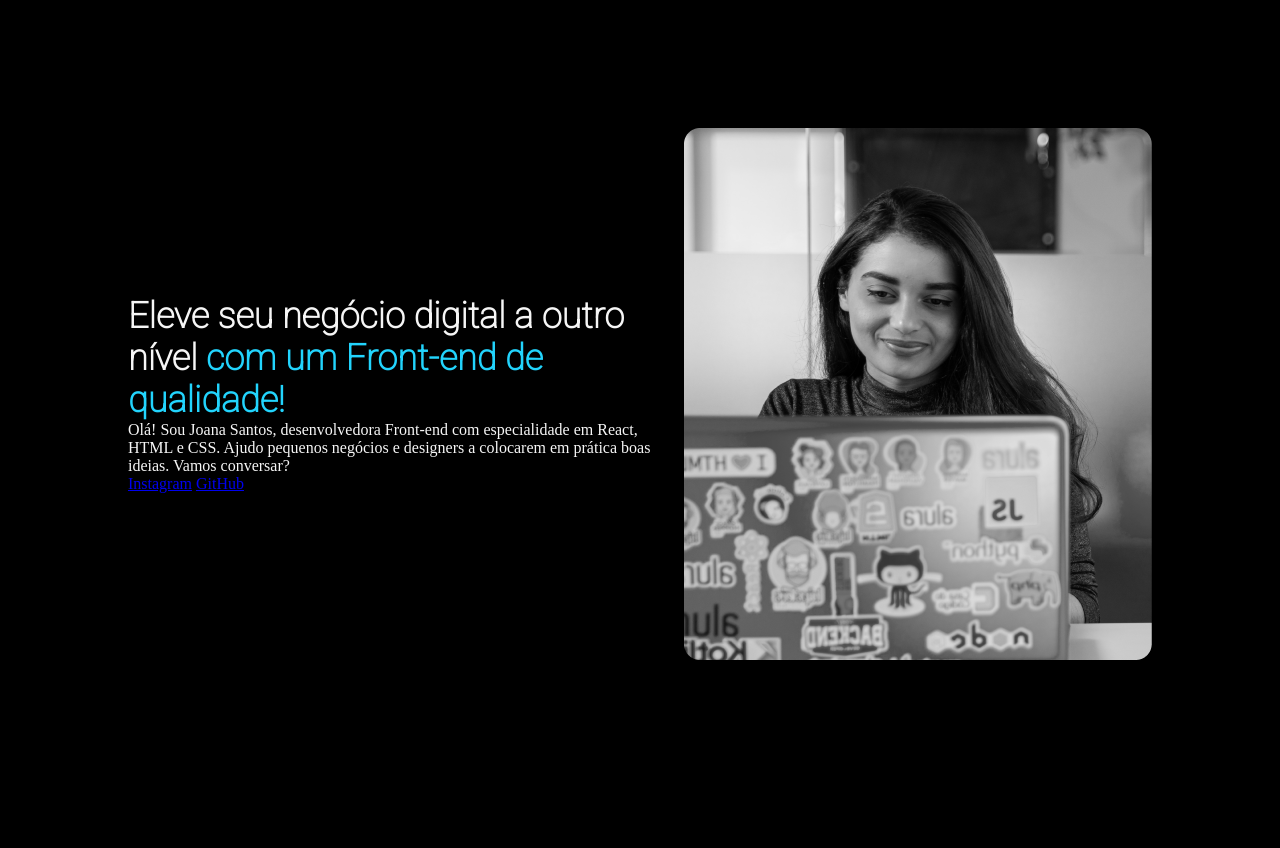
Repository: YoungAkira/CursoHtmlCss
Page: index.html
An editor plug-in stored every save of this project. The page is shown before and after the next save, followed by the edit.
The browser window is 1280 px wide. The pictures show the whole page.

Above is the page before, as saved 2023-05-13 11:40:04.

### index.html
<!DOCTYPE html>
<html lang="pt-br">
<head>
    <meta charset="UTF-8">
    <meta http-equiv="X-UA-Compatible" content="IE=edge">
    <meta name="viewport" content="width=device-width, initial-scale=1.0">
    <title>Portfolio</title>
    <link rel="stylesheet" href="style.css">
</head>
<body>
    <header></header>
    <main class="apresentacao">
            <section class="apresentacao_conteudo">
                 <h1 class="apresentacao_conteudo_titulo">Eleve seu
                    negócio digital a outro nível <strong
                    class="titulo-destaque">com um Front-end de qualidade!</strong></h1>

                    <p class="apresentacao_conteudo_texto">Olá! Sou Joana Santos, desenvolvedora Front-end com especialidade em React,
                    HTML e CSS. Ajudo pequenos negócios e designers a colocarem em prática boas
                    ideias. Vamos conversar?</p>


                    <a href="instagram.com">Instagram</a>
                    <a href="facebook.com">GitHub</a>
            </section>
                    <img src="imagem.png" alt="Foto Joana Santos programando">
    </main>


    <footer></footer>


</body>
</html>

### style.css
@import url('https://fonts.googleapis.com/css2?family=Roboto:wght@100&display=swap');

*{
    margin: 0;
    padding: 0;
}


body {
    background-color: black;
    box-sizing: border-box;
    color: #F6F6F6;
    height: 100vh;
}


.titulo-destaque {
    color: #22D4FD;
}


.apresentacao{
    display: flex;
    align-items: center;
    justify-content: space-between;
    margin: 10%;
}


.apresentacao_conteudo{
    width: 615px;
}


.apresentacao_conteudo_titulo{
    font-size: 36px;
    font-family: 'Krona One','Roboto', sans-serif;
}


apresentacao_conteudo_texto{
    font-size: 24px;
}

After the next save:
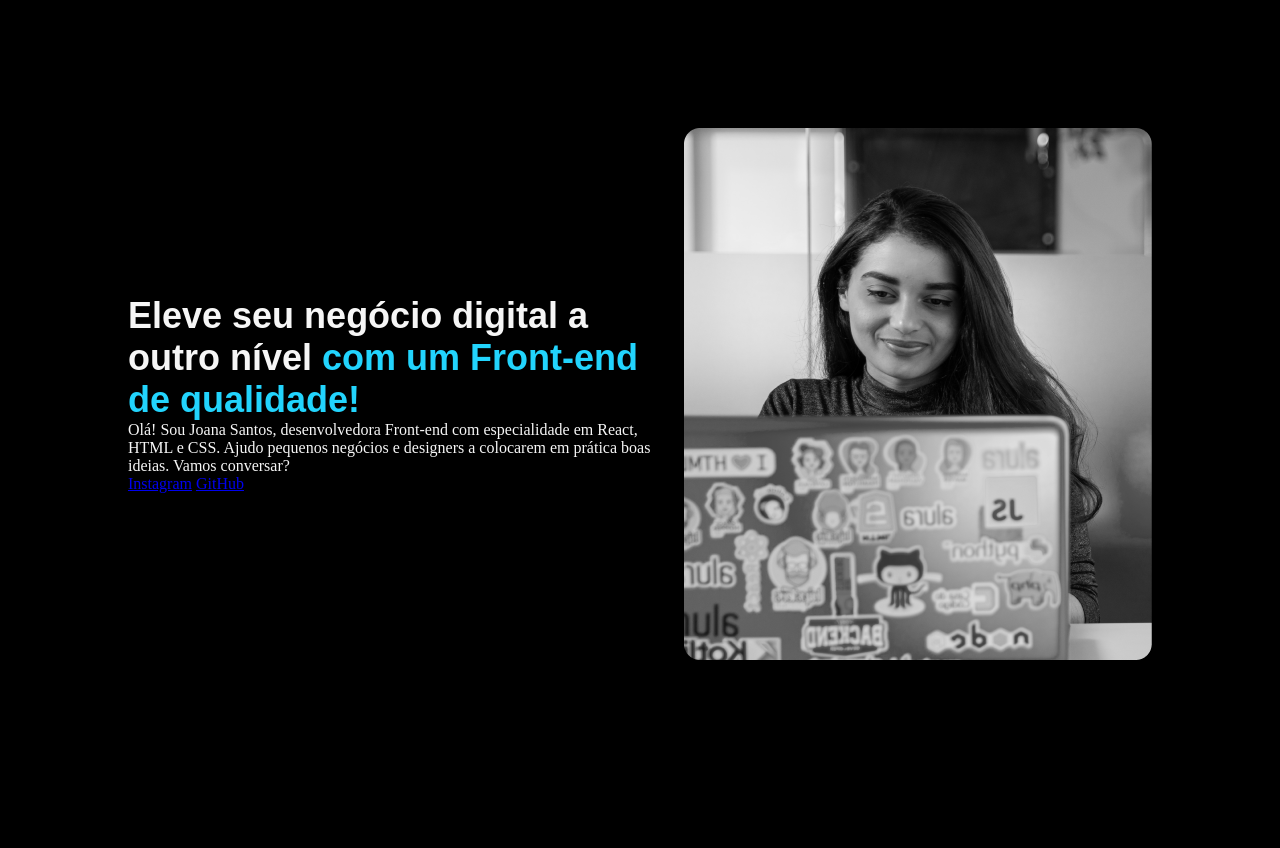
Saved 32 s later.
--- a/style.css
+++ b/style.css
@@ -34,7 +34,7 @@ body {
 
 .apresentacao_conteudo_titulo{
     font-size: 36px;
-    font-family: 'Krona One','Roboto', sans-serif;
+    font-family: 'Krona One',sans-serif;
 }
 
 
